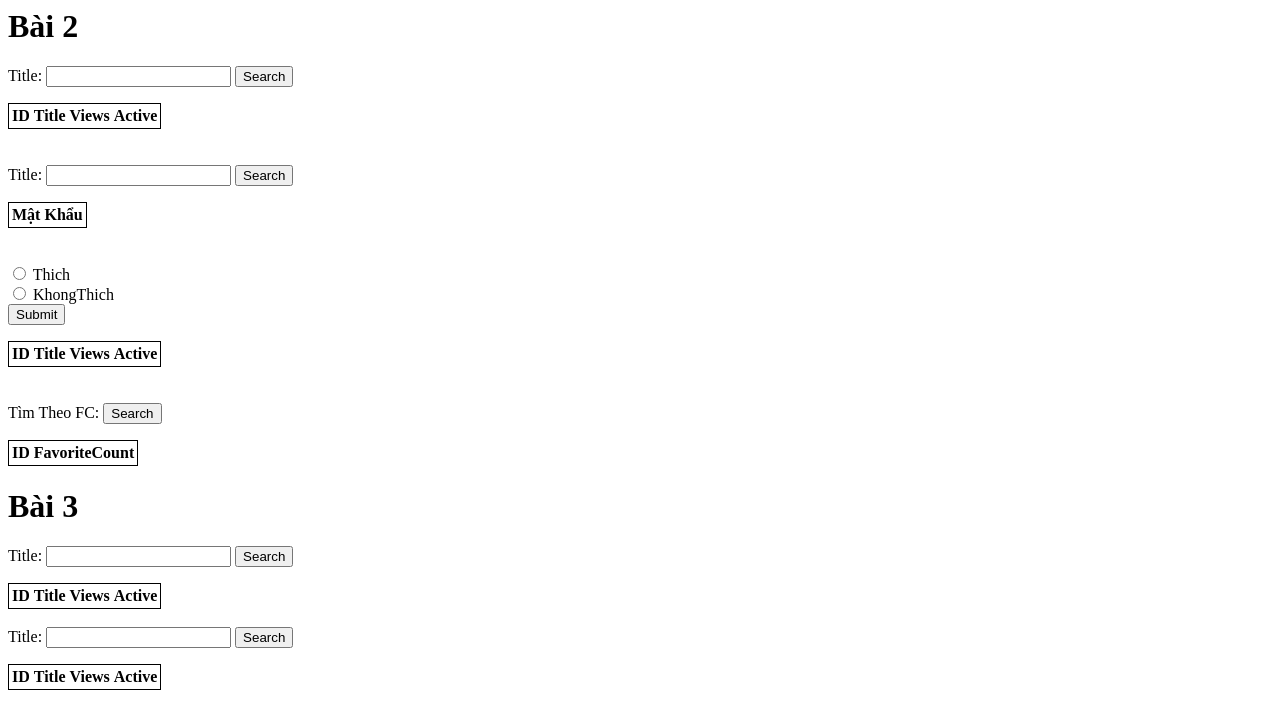
Repository: Hacorbie/Java-Servlet
Page: http://localhost/ASM_JV4/views/NewFile.jsp
These files come from the project's save history. The page is drawn as it stood at one moment and after the next save; the edit follows.
The browser window is 1280 px wide. The pictures show the whole page.
The page is served by Tomcat 9. The template is opened directly, without the code that normally fills it, so the values that code supplies are empty.

Above is the page before, as saved 2023-04-04 19:41:26.

After the next save:
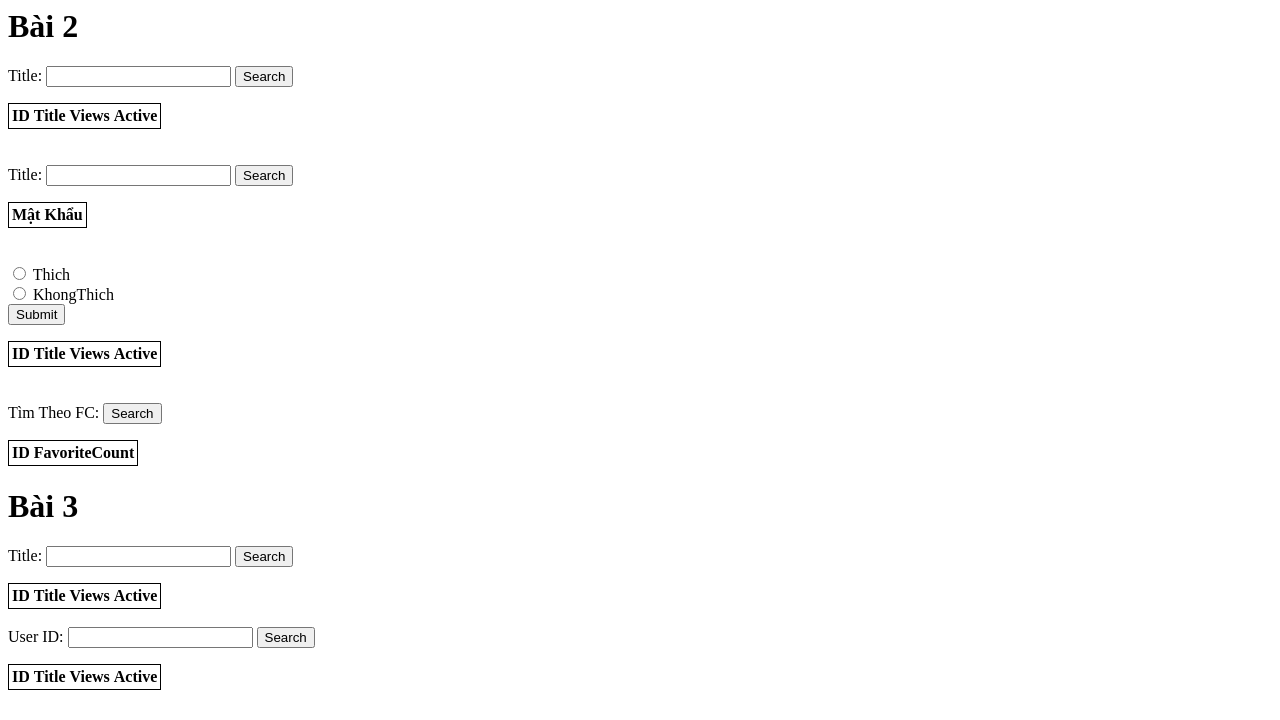
Saved 2 min 3 s later.
--- a/ASM_JV4/src/main/webapp/views/NewFile.jsp
+++ b/ASM_JV4/src/main/webapp/views/NewFile.jsp
@@ -134,7 +134,7 @@
 	</table>
 	<br>
 	<form action="${url}/SearchVidByU" method="POST">
-		<label>Title:</label> <input type="text" name="searchvivi">
+		<label>User ID:</label> <input type="text" name="searchvivi">
 		<button type="submit">Search</button>
 	</form>
 	<table style="border: 1px solid black">
